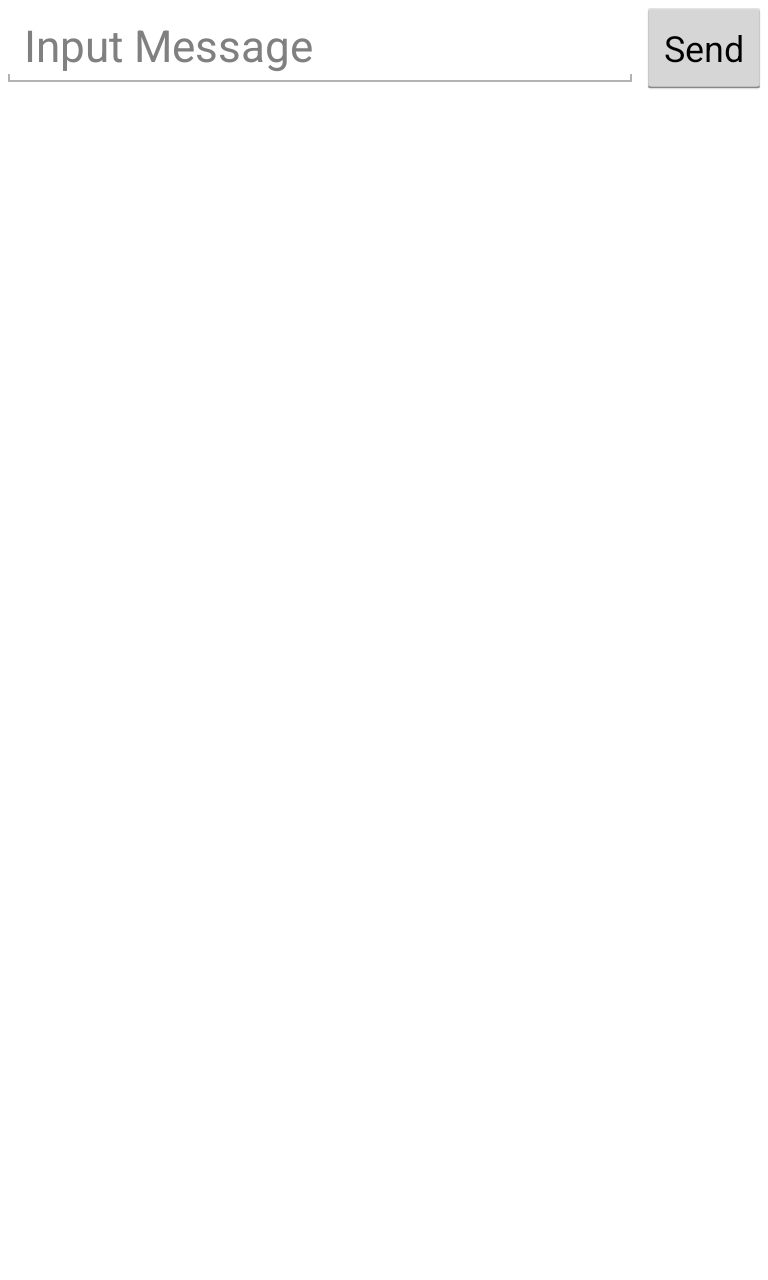
Repository: bylijian/AndroidTraining
Layout: MyActivity/res/layout/activity_main.xml
The author's editor kept a copy of each file at every save. The layout is drawn from the files as they stood at one save, then again after the next save.
It is drawn on a 768 x 1280 px phone screen (xhdpi) without system bars, with theme AppTheme; the app's code is not run.

Above is the layout before, as saved 2015-03-28 07:08:02.

After the next save:
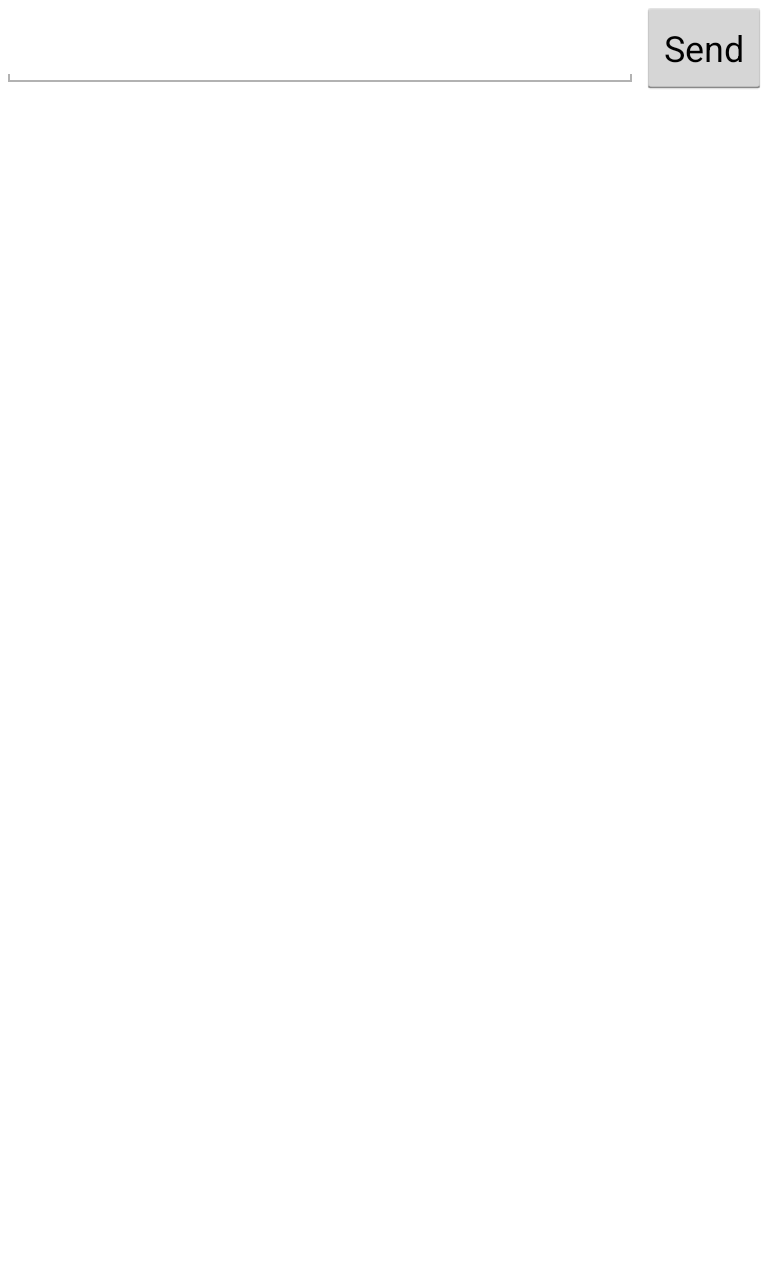
Saved 4 min 12 s later.
--- a/MyActivity/res/layout/activity_main.xml
+++ b/MyActivity/res/layout/activity_main.xml
@@ -11,7 +11,6 @@
         android:layout_weight="1"
         android:layout_width="0dp"
         android:layout_height="wrap_content"
-        android:hint="Input Message"
         android:textAppearance="?android:attr/textAppearanceLarge" />
     <Button
         android:id="@+id/send_message"

After the save that followed:
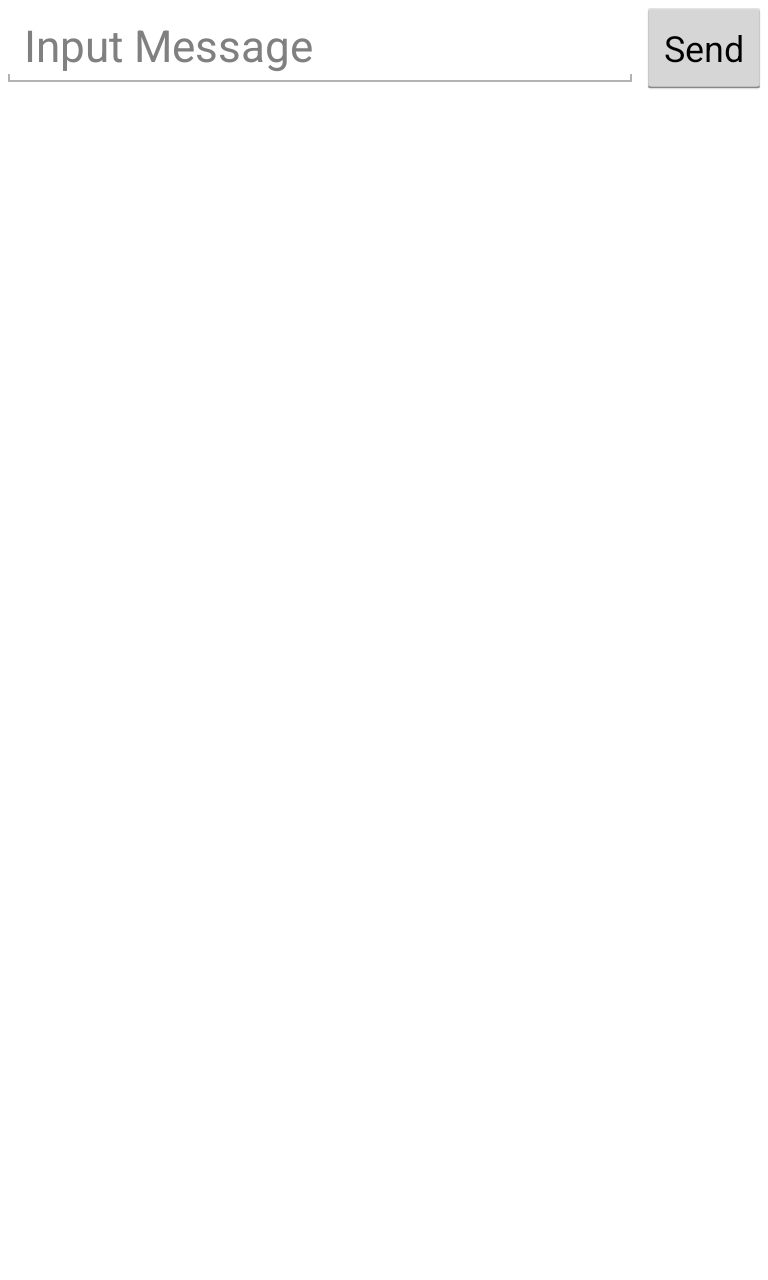
Saved 50 s later.
--- a/MyActivity/res/layout/activity_main.xml
+++ b/MyActivity/res/layout/activity_main.xml
@@ -11,6 +11,7 @@
         android:layout_weight="1"
         android:layout_width="0dp"
         android:layout_height="wrap_content"
+        android:hint="Input Message"
         android:textAppearance="?android:attr/textAppearanceLarge" />
     <Button
         android:id="@+id/send_message"
